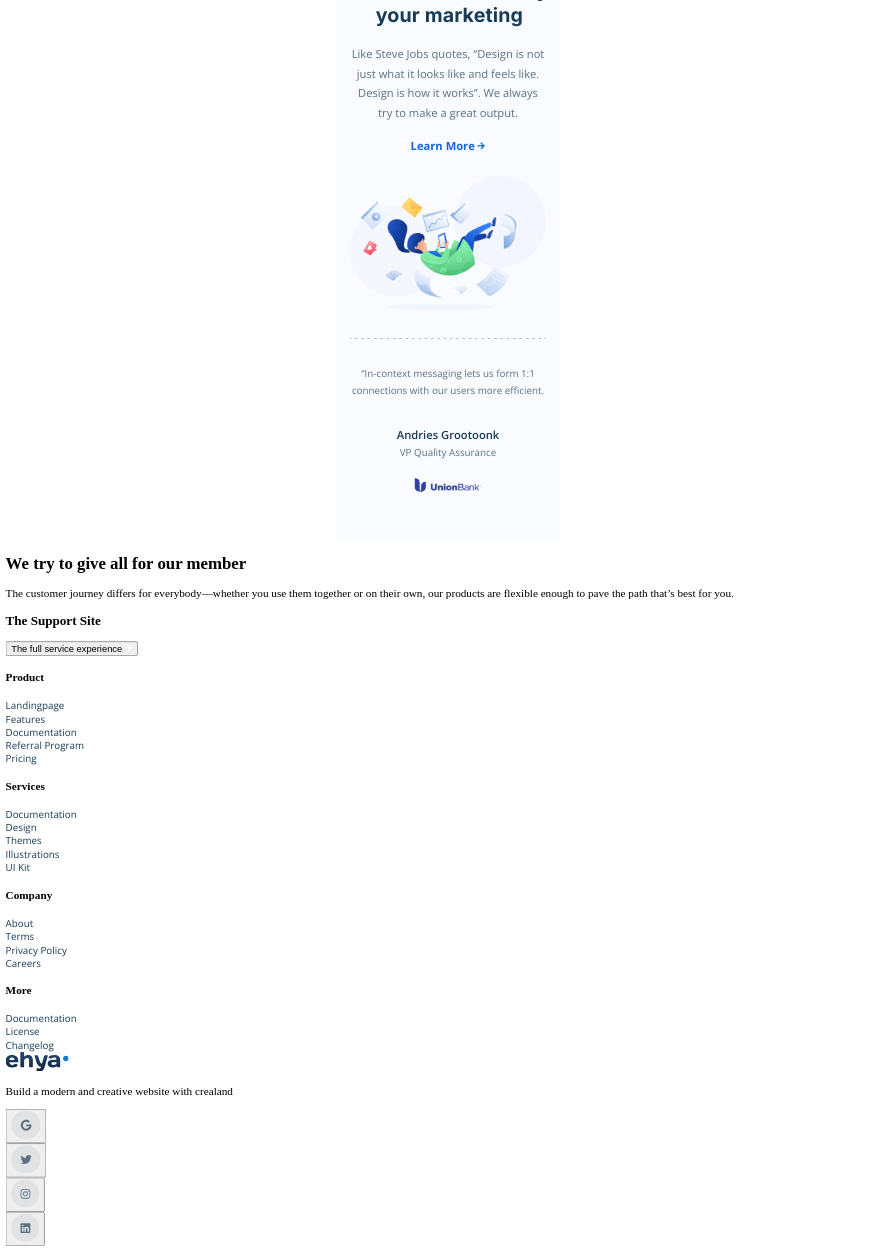
Repository: umlaufissss/provaFront
Page: HTML/index.html
The author's editor kept a copy of each file at every save. The page is drawn from the files as they stood at one save, then again after the next save.
The browser window is 1280 px wide. The pictures show the part of the page from y = 1743 to 3663 px (the page is 3531 px tall before and 3663 px after), at 70% of full size.
Some web fonts or font styles are not loaded; a fallback is used.

Above is the page before, as saved 2026-06-22 19:35:39.

### HTML/index.html
<!DOCTYPE html>
<html lang="pt-br">
<head>
    <meta charset="UTF-8">
    <meta name="viewport" content="width=device-width, initial-scale=1.0">
    <link rel="stylesheet" href="../CSS/style.css">
    <link href="https://fonts.googleapis.com/css2?family=Inter:ital,opsz,wght@0,14..32,100..900;1,14..32,100..900&family=Montserrat:ital,wght@0,100..900;1,100..900&family=Paytone+One&display=swap" rel="stylesheet">
    <link href="https://fonts.googleapis.com/css2?family=Inter:ital,opsz,wght@0,14..32,100..900;1,14..32,100..900&family=Montserrat:ital,wght@0,100..900;1,100..900&family=Open+Sans:ital,wght@0,300..800;1,300..800&family=Paytone+One&display=swap" rel="stylesheet">

    <title>Prova de Recuperação Front End</title>
</head>
<body>

    <header class="mainGrid">
        <section class="generalCard">

            <section class="topCima">

                <!-- logo -->
                <div class="sonnImg">
                    <img src="/assets/icons/Logo.svg" alt="logo">
                </div>

                <div class="menu">
                    <img src="/assets/icons/ic_Menu (1).svg" alt="menu">
                </div>

            </section>

            <section class="meio">
                <div class="phrase">
                        <h1>Better customer relations starts now<h1>
                </div>

                <div class="card">
                    <p>Your Email here..<p>

                    <button type="button" class="button-submit">Get Started</button>

                </div>

                <div class="imagemTop">
                    <img src="/assets/img/Customer Development.svg" alt="imagemInicio">
                </div>

            </section>




        </section>
    </header>


    <main class="masterBoard">

        <section class="hero" id="teamSuggestions">

            <!-- Aqui a linha não é quebrada como proposto no Figma,
             mas seus valores de width e height são idênticos no CSS
             VEJA: "#teamSuggestions h2" em style.css-->
            <h2>Help your customers and your team</h2>

            <article class="cardSuggestions" id="beOrganized">
                <h3>
                    Be Organized
                </h3>
                <p>
                    Bring traditional files, cloud content,
                    EhyaSpace Paper docs, and web
                    shortcuts together in one
                    place—and work the way that works
                    for you.
                </p>
            </article>

            <img src="../assets/img/Organize Operations.png" alt="Organize Operations with Your Team">

            <article class="cardSuggestions">
                <h3>
                    Stay Focused
                </h3>
                <p>
                    Personalized suggestions give you
                    files and folders when you need
                    them so you spend less time
                    searching the files.
                </p>
            </article>

            <article class="cardSuggestions">
                <h3>Get in Sync</h3>
                <p>
                    Coordinate with your team and push
                    projects forward with the tools you
                    use every day—all within EhyaSpace.
                    That make your drive safe.
                </p>
            </article>
        </section>

    </main>

        <section class="second" id="saveTime">

            <h2>
                Save time efficiently your marketing
            </h2>

            <p>
                Like Steve Jobs quotes, “Design is not
                just what it looks like and feels like.
                Design is how it works”. We always
                try to make a great output.
            </p>

            <a class="btnLearn" href="/">
                <button type="button" aria-label="Click here to learn more">
                    Learn More <img src="../assets/icons/arrow.png">
                </button>
            </a>

            <img class="woman" src="../assets/img/Woman Falling.png" alt="Woman learning marketing">

            <img class="line" id="dotted" src="../assets/img/Line.png">

            <article class="quoteAndries">

                <!-- Aqui a linha não é quebrada como proposto no Figma,
                 mas seus valores de width e height são idênticos no CSS
                 VEJA: "#saveTime .quoteAndries p" em style.css-->
                <p>
                    “In-context messaging lets us form 1:1
                    connections  with our users
                    more efficient.
                </p>

                <h3>Andries Grootoonk</h3>
                <h4>VP Quality Assurance</h4>

                <img src="../assets/img/LogoUnionBank.png" alt="Logo of Union Bank">
            </article>
        </section>

        <section class="third" id="support">
            <h2>We try to give all for our member</h2>
            <p>
                The customer journey differs for
                everybody—whether you use them
                together or on their own, our
                products are flexible enough to pave
                 the path that’s best for you.
            </p>

            <h3>The Support Site</h3>

            <a class="btnSupport" href="/">
                <button type="button" aria-label="Click here to have the full service experience">
                    The full service experience <img src="../assets/icons/whiteArrow.png" alt="White Arrow">
                </button>
            </a>

            <section class="supportOptions">
                <article class="card></article>
                <article></article>
                <article></article>
                <article></article>
                <article></article>
                <article></article>
            </section>
        </section>

        <footer class="baseboard">
            <section class="principalBaseboard">
                <div class="cardFooter">
                    <h4>Product</h4>
                    <ul>
                        <li><a href="/">Landingpage</a></li>
                        <li><a href="/">Features</a></li>
                        <li><a href="/">Documentation</a></li>
                        <li><a href="/">Referral Program</a></li>
                        <li><a href="/">Pricing</a></li>
                    </ul>
                </div>

                <div class="cardFooter">
                    <h4>Services</h4>
                    <ul>
                        <li><a href="/">Documentation</a></li>
                        <li><a href="/">Design</a></li>
                        <li><a href="/">Themes</a></li>
                        <li><a href="/">Illustrations</a></li>
                        <li><a href="/">UI Kit</a></li>
                    </ul>
                </div>

                <div class="cardFooter">
                    <h4>Company</h4>
                    <ul>
                        <li><a href="/">About</a></li>
                        <li><a href="/">Terms</a></li>
                        <li><a href="/">Privacy Policy</a></li>
                        <li><a href="/">Careers</a></li>
                    </ul>
                </div>

                <div class="cardFooter">
                    <h4>More</h4>
                    <ul>
                        <li><a href="/">Documentation</a></li>
                        <li><a href="/">License</a></li>
                        <li><a href="/">Changelog</a></li>
                    </ul>
                </div>
            </section>

            <section class="bottomBaseboard">

                <div class="mainIcon">
                    <img src="/assets/icons/Logo.svg" alt="Logo 'ehya' do site">
                </div>

                <p>Build a modern and creative website with crealand</p>

                <div class="networkIcons">
                    <article class="icon">
                        <a href="/"><button><img src="/assets/icons/IconG.svg" alt="Ir para página Google"></button></a>
                    </article>

                    <article class="icon">
                        <a href="/"><button><img src="/assets/icons/IconT.svg" alt="Ir para nosso perfil do Twitter"></button></a>
                    </article>

                    <article class="icon">
                        <a href="/"><button><img src="/assets/icons/IconI.svg" alt="Ir para nosso perfil do Instagram"></button></a>
                    </article>

                    <article class="icon">
                        <a href="/"><button><img src="/assets/icons/IconL.svg" alt="Ir para nosso perfil do Linkedin"></button></a>
                    </article>

                    </div>
                </section>
        </footer>
</body>
</html>

### CSS/style.css
:root
{
    --color-white: #FFF;
    --color-vibrant-green: #36B37E;
    --color-bright-gray: #F9FBFE;
    --color-brigther-gray: #F9FBFE;
    --color-navy-blue: #183B56;
    --color-vibrant-dark-blue: #1565D8;
    --color-steel-blue: #5A7184;
    --color-gray: #B3BAC5;
    --color-dotted-line: #9DAAB6;
    --color-light-green: #EBF8F3;

    /*Opacidade*/
    --color-steel-blue-opacity10: rgba(179, 186, 197, 0.1);
}

*
{
    box-sizing: border-box;
}

.mainGrid
{
    margin: 0px;
    color: var(--color-light-green);

}

/* logo*/
.soonImg img{
  display: flex;
  justify-content: space-between;
  align-items: center;
  margin:0px;
}


.meio .phrase h1{
    font-family: "Inter" , sans-serif;
    color: #183B56;
    font-weight: 300 ;

    font-family: Inter;
    font-weight: 700;
    font-size: 32px;
    text-align: center;

}

.card{
    display: grid;
    text-align: center;
    background-color: rgb(206, 175, 175);
    color: #5A7184;

    width: 280px;
    height: 132px;
    top: 206px;
    left: 20px;


    border-radius: 8px;
    justify-content: center;
    align-items: center;
}

.card p{
    font-family: "Open Sans";
    height: 28px;
    width: 127px;

    justify-content: center;

}


.card button{
    font-family: Open Sans;
    background-color: #36B37E;
    color: white;

    height: 46px;
    width: 248px;
    border: 0px;
    border-radius: 8px;

    font-weight: 700;
    font-size: 16px;


}

.meio .imagemTop img{
    width: 280px;
    height: 180px;

    margin: 18px 0 18px;

}



.masterBoard
{
    padding: 0 20px;
    background-color: var(--color-white);

    width: 320px;
    justify-self: center;
}

#teamSuggestions
{
    display: flex;
    flex-direction: column;
    justify-self: center;

    padding: 64px 0 56px;
}
#teamSuggestions h2
{
    font-family: "Inter", sans-serif;
    font-weight: 700;
    font-size: 28px;
    line-height: 36px;
    letter-spacing: 0.2px;
    text-align: center;

    color: var(--color-navy-blue);

    margin: 0;

    width: 280px;
    height: 108px;
}

#teamSuggestions .cardSuggestions
{
    width: 280px;
    height: 201px;
    display: flex;
    flex-direction: column;
    justify-content: center;

    margin: 12px 0;
}

#teamSuggestions .cardSuggestions h3
{
    font-family: "Inter",sans-serif;
    font-weight: 700;
    font-size: 16px;
    line-height: 20px;
    letter-spacing: 0.2px;

    color: var(--color-navy-blue);

    margin-left: 20px;
}

#teamSuggestions .cardSuggestions p
{
    font-family: Open Sans;
    font-weight: 400;
    font-size: 14px;
    line-height: 24px;
    letter-spacing: 0px;

    color: var(--color-steel-blue);
    margin-left: 20px;

    width: 240px;
}

#teamSuggestions img
{
    width: 280px;
    height: 180px;

    margin: 18px 0 18px;
}

#teamSuggestions #beOrganized
{

    background-color: var(--color-steel-blue-opacity10);
    border-left: 2px solid var(--color-steel-blue);

    margin: 18px 0;
}

#saveTime
{
    padding: 56px 20px 58px;
    background-color: var(--color-brigther-gray);

    width: 320px;
    display: flex;
    flex-direction: column;
    justify-self: center;
    text-align: center;
}

#saveTime h2
{
    font-family: "Inter", sans-serif;
    font-weight: 700;
    font-size: 28px;
    line-height: 36px;
    letter-spacing: 0.2px;
    text-align: center;

    color: var(--color-navy-blue);

    width: 284px;
    height: 72px;

    margin: 0;
}

#saveTime p
{
    font-family: "Open Sans", sans-serif;
    font-weight: 400;
    font-size: 16px;
    line-height: 28px;
    letter-spacing: 0px;
    text-align: center;

    color: var(--color-steel-blue);

    width: 280px;
    height: 112px;

    margin: 24px 0;
}

#saveTime .btnLearn
{
    display: flex;

    justify-content: center;
    margin-bottom: 34px;

    text-decoration: none;

}

#saveTime .btnLearn button
{
    font-family: "Open Sans", sans-serif;
    font-weight: 700;
    font-size: 16px;
    line-height: 100%;
    letter-spacing: 0px;

    background-color: transparent;
    border: none;
    color: var(--color-vibrant-dark-blue);
}

#saveTime .btnLearn button img
{
    margin-left: x;
}

#saveTime .woman
{
    width: 280px;
    height: 192px;
}

#saveTime #dotted.line
{
    margin: 40px 0 37px;
}

#saveTime .quoteAndries p
{
    font-family: "Open Sans", sans-serif;
    font-weight: 400;
    font-size: 14px;
    line-height: 24px;
    letter-spacing: 0px;
    text-align: center;

    width: 280px;
    height: 72px;

    margin: 0;

    color: var(--color-steel-blue);
}

#saveTime .quoteAndries h3
{
    font-family: "Open Sans", sans-serif;
    font-weight: 600;
    font-size: 16px;
    line-height: 100%;
    letter-spacing: 0px;

    color: var(--color-navy-blue);

    margin: 20px 0 7px;
}

#saveTime .quoteAndries h4
{
    font-family: Open Sans;
    font-weight: 400;
    font-size: 14px;
    line-height: 20px;
    letter-spacing: 0px;
    text-align: center;

    color: var(--color-steel-blue);

    margin: 0 0 20px;
}

#saveTime .quoteAndries img
{
    width: 102.85px;
    height: 34.1px;
}

.cardFooter ul{
    list-style-type: none;
    margin: 15px;
    margin: 0px;
    padding: 0px;

}
.cardFooter a{
    font-family: "Open Sans", sans-serif;
    font-size: 14px;
    color: var(--color-navy-blue);
    text-decoration: none;
}

After the next save:
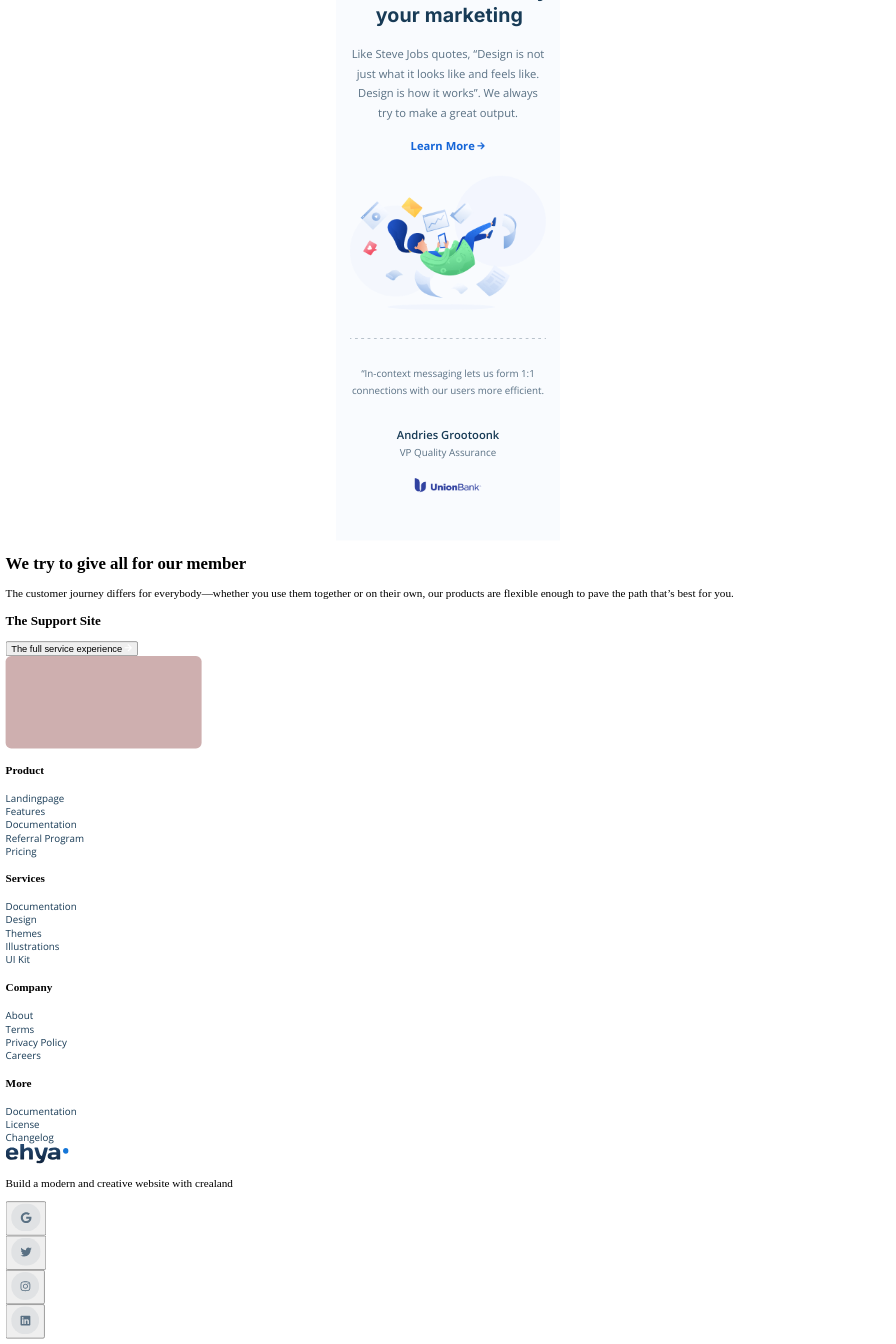
Saved 1 s later.
--- a/HTML/index.html
+++ b/HTML/index.html
@@ -161,7 +161,7 @@
             </a>
 
             <section class="supportOptions">
-                <article class="card></article>
+                <article class="card"></article>
                 <article></article>
                 <article></article>
                 <article></article>
